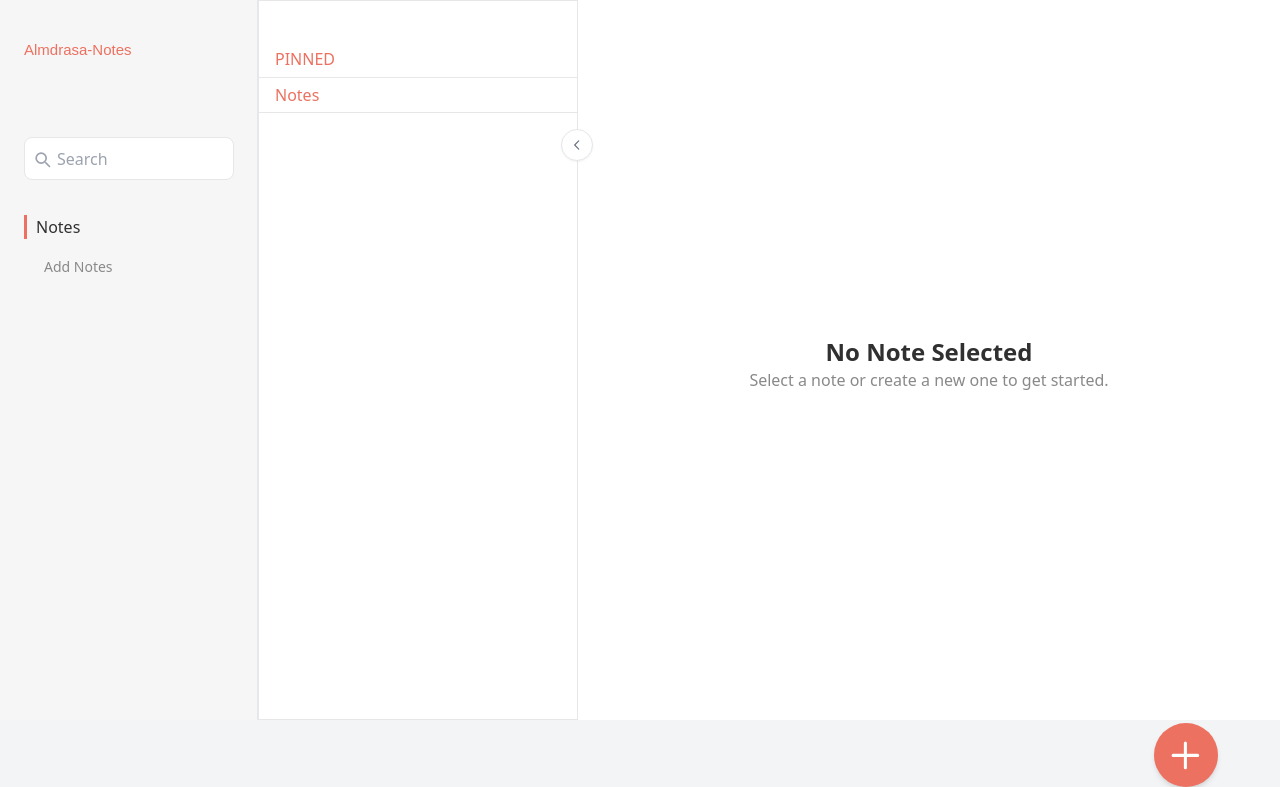
Repository: wafaa399/Note-App
Page: index.html
The author's editor kept a copy of each file at every save. The page is drawn from the files as they stood at one save, then again after the next save.
The browser window is 1280 px wide. The pictures show the whole page.
Some web fonts or font styles are not loaded; a fallback is used. Some web libraries are served in a nearby version.

Above is the page before, as saved 2026-07-20 04:56:02.

### index.html
<!doctype html>
<html lang="en">
  <head>
    <meta charset="UTF-8" />
    <meta name="viewport" content="width=device-width, initial-scale=1.0" />
    <meta
      name="description"
      content="A notes application built with HTML, CSS, and JavaScript."
    />
    <meta name="keywords" content="notes, HTML, CSS, JavaScript" />
    <link rel="icon" href="/img/Logo.png" type="image/png" />
    <title>Note App</title>
    <script src="https://cdn.tailwindcss.com"></script>
    <link rel="preconnect" href="https://fonts.googleapis.com" />
    <link rel="preconnect" href="https://fonts.gstatic.com" crossorigin />
    <link
      href="https://fonts.googleapis.com/css2?family=Aclonica&display=swap"
      rel="stylesheet"
    />

    <script>
      tailwind.config = {
        theme: {
          extend: {
            fontFamily: {
              aclonica: ["Aclonica", "sans-serif"],
            },
          },
        },
      };
    </script>
  </head>
  <script
    type="module"
    src="https://unpkg.com/ionicons@7.1.0/dist/ionicons/ionicons.esm.js"
  ></script>
  <script
    nomodule
    src="https://unpkg.com/ionicons@7.1.0/dist/ionicons/ionicons.js"
  ></script>
  <script type="module" src="./src/controller.js"></script>

  <body class="bg-gray-100 h-screen overflow-hidden text-sm text-gray-800">
    <!-- for phone only -->
    <div
      class="md:hidden flex items-center justify-between h-14 px-4 border-b border-gray-200 bg-white relative z-30"
    >
      <button id="mobileMenuBtn" class="text-[#303030]">
        <svg
          class="w-6 h-6"
          fill="none"
          stroke="currentColor"
          viewBox="0 0 24 24"
        >
          <path
            stroke-linecap="round"
            stroke-linejoin="round"
            stroke-width="2"
            d="M4 6h16M4 12h16M4 18h16"
          />
        </svg>
      </button>
      <h1 class="font-aclonica text-[0.9375rem] text-[#EC7160] font-normal">
        Almdrasa-Notes
      </h1>
      <button id="mobileSearchBtn" class="text-[#303030]">
        <svg
          class="w-5 h-5"
          fill="none"
          stroke="currentColor"
          viewBox="0 0 24 24"
        >
          <path
            stroke-linecap="round"
            stroke-linejoin="round"
            stroke-width="2"
            d="M21 21l-4.35-4.35M17 11a6 6 0 11-12 0 6 6 0 0112 0z"
          />
        </svg>
      </button>
    </div>
    <div
      id="sidebarBackdrop"
      class="hidden md:hidden fixed inset-0 bg-black/30 z-30"
    ></div>

    <div class="flex h-[calc(100vh-3.5rem)] md:h-screen w-screen relative">
      <!-- ------SIDEBAR -------- -->
      <aside
        id="sidebar"
        class="bg-[#F6F6F6] border-r border-gray-200 flex-shrink-0 overflow-hidden pl-6 pt-10 md:translate-x-0 transition-transform duration-300"
        style="width: 16.125rem"
      >
        <button
          id="closeSidebarBtn"
          class="md:hidden absolute top-4 right-4 text-gray-500"
        >
          <svg
            class="w-5 h-5"
            fill="none"
            stroke="currentColor"
            viewBox="0 0 24 24"
          >
            <path
              stroke-linecap="round"
              stroke-linejoin="round"
              stroke-width="2"
              d="M6 18L18 6M6 6l12 12"
            />
          </svg>
        </button>

        <div class="w-[8.375rem] h-[1.0625rem] mb-[5rem]">
          <h1 class="font-aclonica text-[0.9375rem] text-[#EC7160] font-normal">
            Almdrasa-Notes
          </h1>
        </div>

        <div class="relative mb-5 w-[13.125rem] h-[2.7rem]">
          <input
            type="text"
            placeholder="Search"
            class="w-full h-full text-[1rem] border border-[#E7E7E9] rounded-lg pl-8 py-2 outline-none focus:ring-1 focus:ring-red-400"
          />
          <svg
            class="w-5 h-5 text-gray-400 absolute left-2 top-1/2 -translate-y-1/2"
            fill="none"
            stroke="currentColor"
            viewBox="0 0 24 24"
          >
            <path
              stroke-linecap="round"
              stroke-linejoin="round"
              stroke-width="2"
              d="M21 21l-4.35-4.35M17 11a6 6 0 11-12 0 6 6 0 0112 0z"
            />
          </svg>
        </div>
        <div class="space-y-2">
          <button
            data-view="notes"
            class="nav-item relative w-full h-[3.3rem] pl-3 rounded text-[1rem] font-medium text-[#303030] flex items-center"
          >
            <span
              class="absolute left-0 top-1/2 -translate-y-1/2 w-[.2rem] h-[1.5rem] bg-[#EC7160]"
            ></span>
            Notes
          </button>

          <button
            data-view="add"
            class="nav-item w-full h-3 text-left pl-5 rounded text-[#898989] flex items-center hover:bg-gray-50"
          >
            Add Notes
          </button>
        </div>
      </aside>

      <!-- <!-NOTES LIST:pinned or all -- -->
      <section
        class="relative md:w-80 flex-shrink-0 border border-[#E7E7E9] bg-white text-[#EC7160] h-full"
      >
        <div class="h-full overflow-y-auto overflow-x-hidden px-4 pt-12">
          <div class="mb-1">
            <p class="text-[1rem] font-normal mb-2">PINNED</p>
            <div id="pinnedList" class="space-y-1"></div>
          </div>
          <div class="mt-17">
            <div
              class="-mx-4 mb-8 h-[36px] border-y border-[#E7E7E9] flex items-center"
            >
              <p class="px-4 text-[1rem] font-normal">Notes</p>
            </div>
            <div id="notesList" class="space-y-9"></div>
          </div>
        </div>
        <button
          id="toggleBtn"
          class="absolute top-32 right-0 translate-x-1/2 z-20 w-8 h-8 bg-white border border-[#E7E7E9] rounded-full flex items-center justify-center shadow-sm hover:bg-gray-50 transition-all"
        >
          <svg
            id="toggleIcon"
            class="w-3.5 h-3.5 text-gray-500 transition-transform"
            fill="none"
            stroke="currentColor"
            viewBox="0 0 24 24"
          >
            <path
              stroke-linecap="round"
              stroke-linejoin="round"
              stroke-width="2"
              d="M15 19l-7-7 7-7"
            />
          </svg>
        </button>
      </section>
      <!--NOTE DETAIL -->
      <main class="flex-1 overflow-y-auto bg-white">
        <div id="detailView" class="pt-[114px]"></div>
        <button
          id="addNoteFab"
          class="absolute top-[45.2rem] right-[3.9rem] w-16 h-16 rounded-full bg-[#EC7160] text-white flex items-center justify-center shadow-md hover:bg-[#e05f4d] transition-colors"
        >
          <svg
            class="w-[2.3rem] h-[2.3rem]"
            fill="none"
            stroke="currentColor"
            viewBox="0 0 24 24"
          >
            <path
              stroke-linecap="round"
              stroke-linejoin="round"
              stroke-width="2"
              d="M12 4v16m8-8H4"
            />
          </svg>
        </button>
      </main>
    </div>
  </body>
</html>

### src/controller.js
import * as Model from "./model.js";
import { renderNotesList } from "./Views/notesView.js";
import { renderNoteDetail, renderAddNoteForm } from "./Views/detailsView.js";

let currentQuery = "";
const isMobile = () => window.matchMedia("(max-width: 767px)").matches;

function showListScreen() {
  if (!isMobile()) return;
  document.getElementById("notesSection").classList.remove("hidden");
  document.getElementById("detailSection").classList.add("hidden");
}

function showDetailScreen() {
  if (!isMobile()) return;
  document.getElementById("notesSection").classList.add("hidden");
  document.getElementById("detailSection").classList.remove("hidden");
}

function refreshList() {
  const source = currentQuery
    ? Model.searchNotes(currentQuery)
    : Model.getAllNotes();
  const pinned = source.filter((n) => n.pinned);
  const unpinned = source.filter((n) => !n.pinned);

  renderNotesList({
    pinned,
    unpinned,
    onSelect: (id) => {
      const note = Model.getNoteById(id);
      renderNoteDetail(note);
      showDetailScreen();
    },
    onDelete: (id) => {
      Model.deleteNote(id);
      refreshList();
      renderNoteDetail(null);
      showListScreen();
    },
  });
}

function showAddNoteForm() {
  renderAddNoteForm({
    onSubmit: ({ title, author, content, pinned }) => {
      const note = Model.addNote({ title, author, content, pinned });
      refreshList();
      renderNoteDetail(note);
    },
  });
  showDetailScreen();
}

function openMobileSidebar() {
  document.getElementById("sidebar").classList.remove("-translate-x-full");
  document.getElementById("sidebarBackdrop").classList.remove("hidden");
}

function closeMobileSidebar() {
  document.getElementById("sidebar").classList.add("-translate-x-full");
  document.getElementById("sidebarBackdrop").classList.add("hidden");
}

function initSidebar() {
  document.querySelectorAll(".nav-item").forEach((btn) => {
    btn.addEventListener("click", () => {
      const view = btn.dataset.view;
      if (view === "add") {
        showAddNoteForm();
      } else {
        renderNoteDetail(null);
        showListScreen();
      }
      closeMobileSidebar();
    });
  });

  document
    .getElementById("addNoteFab")
    .addEventListener("click", showAddNoteForm);
  document
    .getElementById("mobileMenuBtn")
    .addEventListener("click", openMobileSidebar);

  document
    .getElementById("closeSidebarBtn")
    .addEventListener("click", closeMobileSidebar);

  document
    .getElementById("sidebarBackdrop")
    .addEventListener("click", closeMobileSidebar);

  document.getElementById("mobileSearchBtn").addEventListener("click", () => {
    openMobileSidebar();
    document.querySelector('input[placeholder="Search"]').focus();
  });
}

function initSearch() {
  document
    .querySelector('input[placeholder="Search"]')
    .addEventListener("input", (e) => {
      currentQuery = e.target.value;
      refreshList();
    });
}

function initToggleSidebar() {
  const sidebar = document.getElementById("sidebar");
  const toggleBtn = document.getElementById("toggleBtn");
  const toggleIcon = document.getElementById("toggleIcon");
  let collapsed = false;

  toggleBtn.addEventListener("click", () => {
    collapsed = !collapsed;
    sidebar.style.width = collapsed ? "0rem" : "16.125rem";
    sidebar.style.paddingLeft = collapsed ? "0" : "";
    toggleIcon.style.transform = collapsed ? "rotate(180deg)" : "rotate(0deg)";
  });
}

function init() {
  initSidebar();
  initSearch();
  initToggleSidebar();
  refreshList();
  renderNoteDetail(null);
  showListScreen();
}

document.addEventListener("DOMContentLoaded", init);

### src/model.js
const STORAGE_KEY = "almdrasa_notes";

function loadNotes() {
  const data = localStorage.getItem(STORAGE_KEY);
  return data ? JSON.parse(data) : [];
}

function saveNotes(notes) {
  localStorage.setItem(STORAGE_KEY, JSON.stringify(notes));
}

let notes = loadNotes();
//to get data of notes from localstorage

export function getAllNotes() {
  return notes;
}

///status of notes
//1-pinned notes
export function getPinnedNotes() {
  return notes.filter((n) => n.pinned);
}

//2-regular notes
export function getUnpinnedNotes() {
  return notes.filter((n) => !n.pinned);
}
export function getNoteById(id) {
  return notes.find((n) => n.id === id);
}

export function addNote({ title, author, content, pinned = false }) {
  const newNote = {
    id: Date.now().toString(),
    title,
    author,
    content,
    date: new Date().toISOString(),
    pinned,
  };
  notes.unshift(newNote);
  saveNotes(notes);
  return newNote;
}

export function deleteNote(id) {
  notes = notes.filter((n) => n.id !== id);
  saveNotes(notes);
}

export function searchNotes(query) {
  const q = query.trim().toLowerCase();
  if (!q) return notes;
  return notes.filter(
    (n) =>
      n.title.toLowerCase().includes(q) || n.content.toLowerCase().includes(q),
  );
}

### src/views/notesView.js
import { formatDate, truncate, clear } from "../helper.js";

function noteItemHTML(note) {
  return `
    <div class="w-[16.625rem] h-[6.625rem] note-item cursor-pointer px-2 py-2 rounded hover:bg-gray-50" data-id="${note.id}">
      <p class="font-medium text-[#303030] leading-6 text-[1rem] ">${note.title}</p>
      <p class="w-[16.5625rem] h-[2.5rem] text-[#898989]  text-[.82rem] font-medium leading-5  mt-1">${truncate(note.content, 70)}</p>
      <div class=" w-[14.5625rem] flex justify-between items-center mt-1 ">
        <span class="text-[#898989] text-[.81rem]  leading-5  font-medium mt-2">${formatDate(note.date)}</span>
        <button class="delete-btn text-[#D82700] text-sm " data-id="${note.id}">Delete</button>
      </div>
    </div>
  `;
}

export function renderFlatList(container, notes, { onSelect, onDelete }) {
  clear(container);
  notes.forEach((note) =>
    container.insertAdjacentHTML("beforeend", noteItemHTML(note)),
  );
  container.querySelectorAll(".note-item").forEach((item) => {
    item.addEventListener("click", (e) => {
      if (e.target.classList.contains("delete-btn")) return;
      onSelect(item.dataset.id);
    });
  });
  container.querySelectorAll(".delete-btn").forEach((btn) => {
    btn.addEventListener("click", (e) => {
      e.stopPropagation();
      onDelete(btn.dataset.id);
    });
  });
}

export function renderNotesList({ pinned, unpinned, onSelect, onDelete }) {
  const pinnedContainer = document.getElementById("pinnedList");
  const notesContainer = document.getElementById("notesList");
  clear(pinnedContainer);
  clear(notesContainer);

  pinned.forEach((note) =>
    pinnedContainer.insertAdjacentHTML("beforeend", noteItemHTML(note)),
  );
  unpinned.forEach((note) =>
    notesContainer.insertAdjacentHTML("beforeend", noteItemHTML(note)),
  );

  document.querySelectorAll(".note-item").forEach((item) => {
    item.addEventListener("click", (e) => {
      if (e.target.classList.contains("delete-btn")) return;
      onSelect(item.dataset.id);
    });
  });

  document.querySelectorAll(".delete-btn").forEach((btn) => {
    btn.addEventListener("click", (e) => {
      e.stopPropagation();
      onDelete(btn.dataset.id);
    });
  });
}

### src/views/detailsView.js
import { formatDate } from "../helper.js";

export function renderNoteDetail(note) {
  const container = document.getElementById("detailView");
  if (!note) {
    container.innerHTML = `
      <div class="flex flex-col items-center justify-center h-[70vh] text-center mx-auto">
    <h2 class="text-[24px] font-semibold text-[#303030] mb-2">
      No Note Selected
    </h2>
    <p class="text-[16px] text-[#898989]">
      Select a note or create a new one to get started.
    </p>
    </div>`;
    return;
  }
  container.innerHTML = `
   <div class="w-[37.5rem] mx-auto">
    <h2 class="text-2xl font-semibold text-[#303030] mb-1">${note.title}</h2>
    <p class="text-gray-400 text-sm mb-6">${formatDate(note.date)} / By ${note.author}</p>
    <p class="text-gray-600 leading-7 whitespace-pre-line">${note.content}</p>
    </div>
  `;
}

export function renderAddNoteForm({ onSubmit }) {
  const container = document.getElementById("detailView");
  container.innerHTML = `

    <div class=" w-[37.5rem] h-[34.625rem] space-y-4 mx-auto">
    <h2 class="text-[1.63rem] leading-8 font-semibold text-[#303030] mb-6">Add Note</h2>
      <div class="w-[31.25rem] h-[4.4375rem]">
        <label class="block text-gray-500 mb-1">Title*</label>
        <input id="noteTitle" type="text" class=" w-[31.25rem] h-[2.8125rem] border border-gray-200 rounded px-3 py-2 outline-none focus:ring-1 focus:ring-red-400" />
      </div>
      <div class="w-[31.25rem] h-[4.4375rem]">
        <label class="block text-gray-500 mb-1">Author*</label>
        <input id="noteAuthor" type="text" class=" w-[31.25rem] h-[2.8125rem] border border-gray-200 rounded px-3 py-2 outline-none focus:ring-1 focus:ring-red-400" />
      </div>
      <div>
        <label class="block text-gray-500 mb-1">Your Note*</label>
        <textarea id="noteContent" rows="6" class="w-[31.25rem] h-[12rem] border border-gray-200 rounded px-3 py-2 outline-none focus:ring-1 focus:ring-red-400"></textarea>
      </div>
      <div class="flex gap-3">
        <button id="addNoteBtn" class="w-[9rem] h-[2.5rem] bg-[#EC7160] text-white px-5 py-2 rounded hover:bg-[#e05f4d]">Add Note</button>
        <button id="addPinnedBtn" class="w-[8.625rem] h-[2.5rem] bg-[#EC7160] text-white  px-4 py-2 rounded hover:bg-[#e05f4d]">Add pinned note</button>
      </div>
    </div>
  `;

  function submitHandler(pinned) {
    const title = document.getElementById("noteTitle").value.trim();
    const author = document.getElementById("noteAuthor").value.trim();
    const content = document.getElementById("noteContent").value.trim();
    if (!title || !author || !content) {
      alert("Please complete all required fields.");
      return;
    }
    onSubmit({ title, author, content, pinned });
  }

  document
    .getElementById("addNoteBtn")
    .addEventListener("click", () => submitHandler(false));
  document
    .getElementById("addPinnedBtn")
    .addEventListener("click", () => submitHandler(true));
}

### src/helper.js
export function formatDate(isoString) {
  const date = new Date(isoString);
  return date.toLocaleDateString("en-US", {
    month: "short",
    day: "numeric",
    year: "numeric",
  });
}
// //if the description of note very long add like etc...
export function truncate(text, maxLength = 90) {
  if (text.length <= maxLength) return text;
  return text.slice(0, maxLength).trim();
}

//for clearing search
export function clear(container) {
  container.innerHTML = "";
}

After the next save:
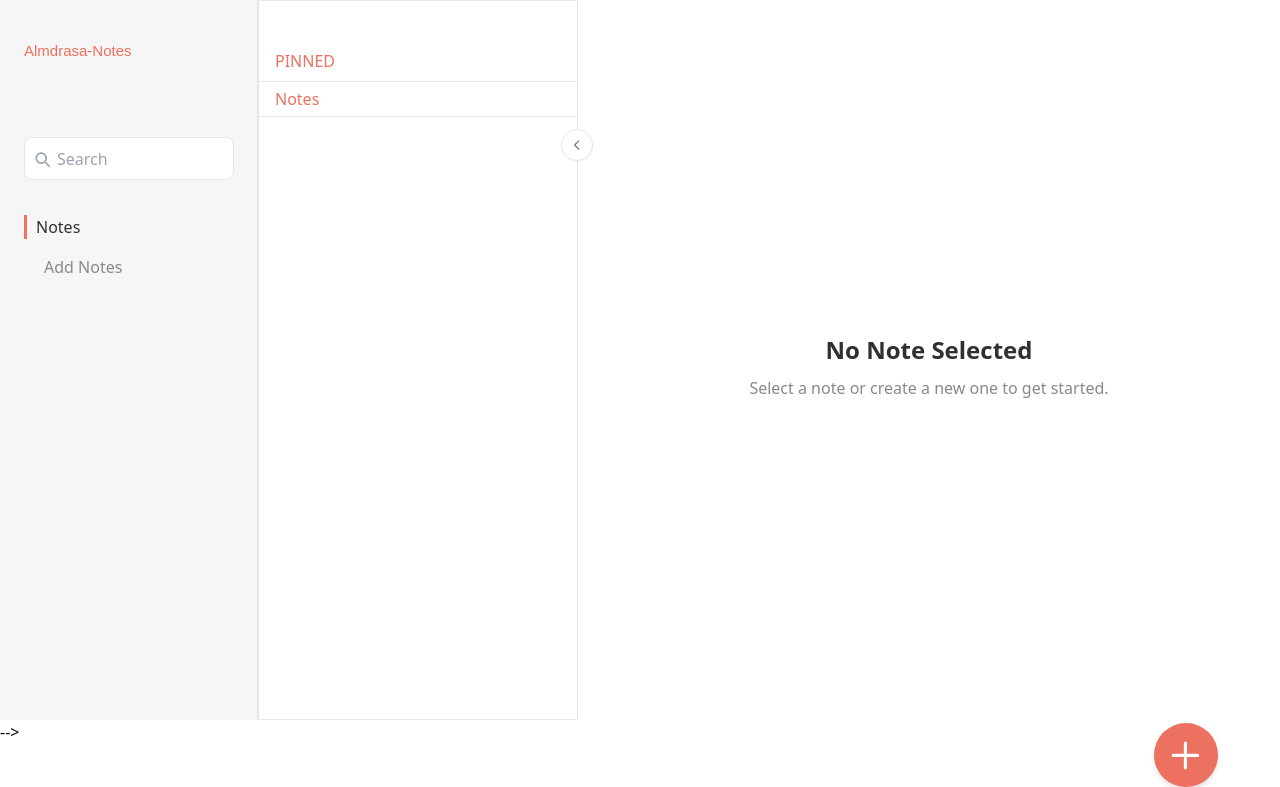
Saved 37 s later.
--- a/index.html
+++ b/index.html
@@ -1,4 +1,19 @@
-<!doctype html>
+
+
+
+
+
+
+
+
+
+
+
+
+
+
+
+ <!doctype html>
 <html lang="en">
   <head>
     <meta charset="UTF-8" />
@@ -40,7 +55,7 @@
   ></script>
   <script type="module" src="./src/controller.js"></script>
 
-  <body class="bg-gray-100 h-screen overflow-hidden text-sm text-gray-800">
+  <!-- <body class="bg-gray-100 h-screen overflow-hidden text-sm text-gray-800">
     <!-- for phone only -->
     <div
       class="md:hidden flex items-center justify-between h-14 px-4 border-b border-gray-200 bg-white relative z-30"
@@ -217,5 +232,5 @@
         </button>
       </main>
     </div>
-  </body>
+  </body> -->
 </html>
